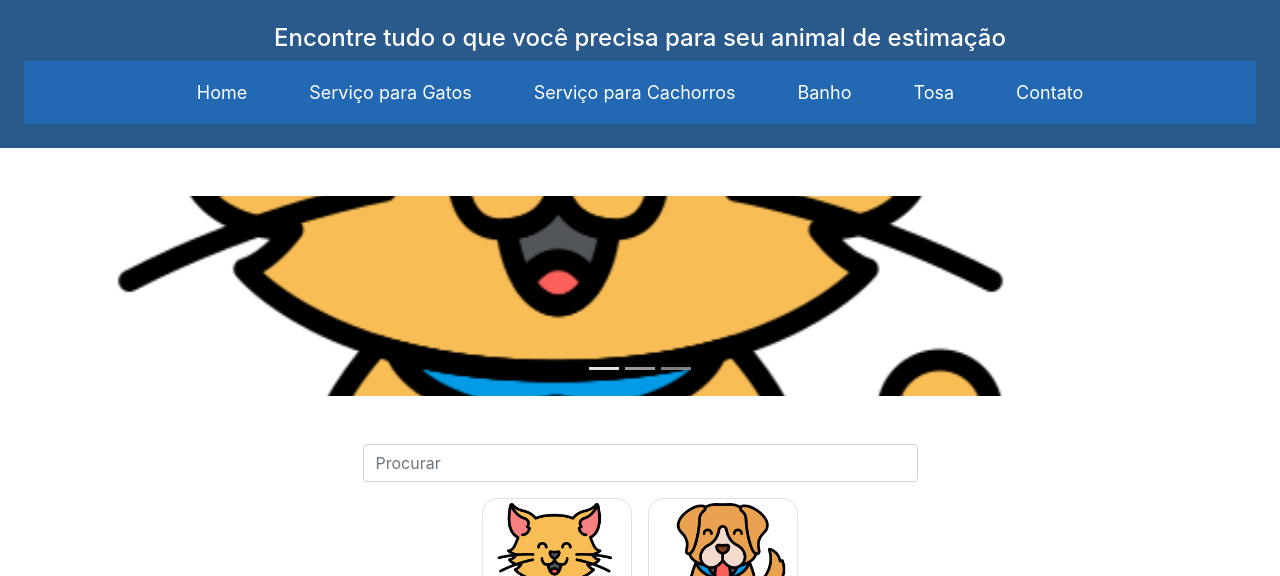
Repository: graeff01/petshop-project
Page: index.html
The author's editor kept a copy of each file at every save. The page is drawn from the files as they stood at one save, then again after the next save.
The browser window is 1280 px wide. The pictures show the part of the page from y = 0 to 576 px (the page is 1856 px tall before and 1756 px after).
A picture or video elsewhere on the page could not be fetched, so the positions and the page height are approximate.

Above is the page before, as saved 2024-09-18 11:08:21.

After the next save:
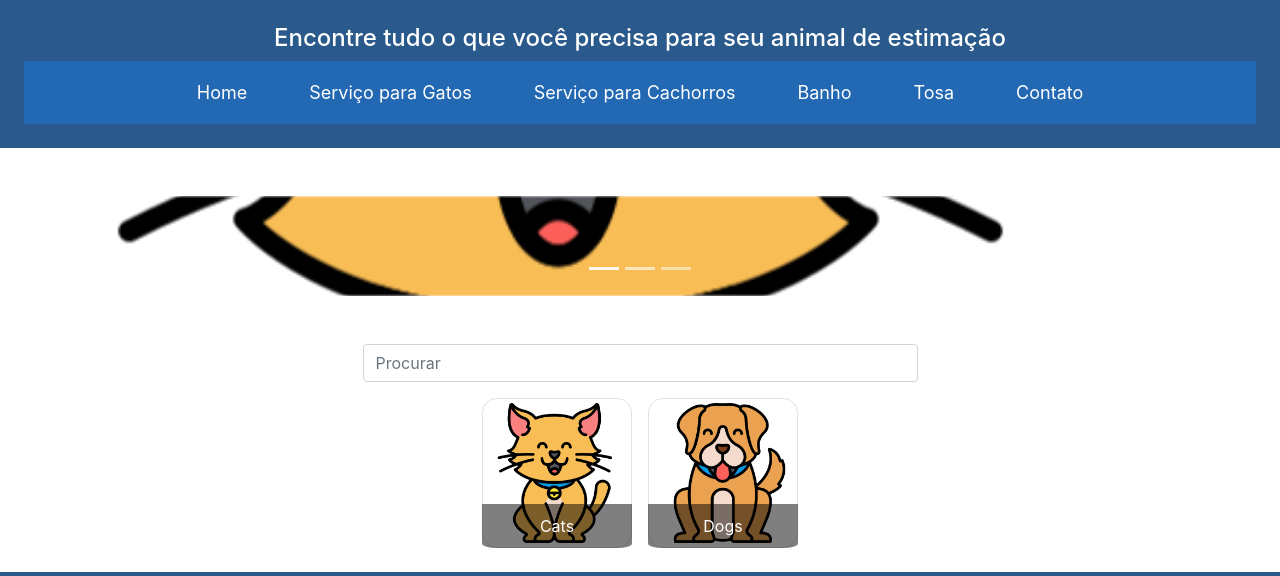
Saved 11 s later.
--- a/css/style.css
+++ b/css/style.css
@@ -62,7 +62,7 @@ nav ul li a:hover {
 
 /* Carrossel */
 .carousel-item img {
-    max-height: 200px;
+    max-height: 100px;
     min-width: 100px;
     object-fit: cover;
 }
